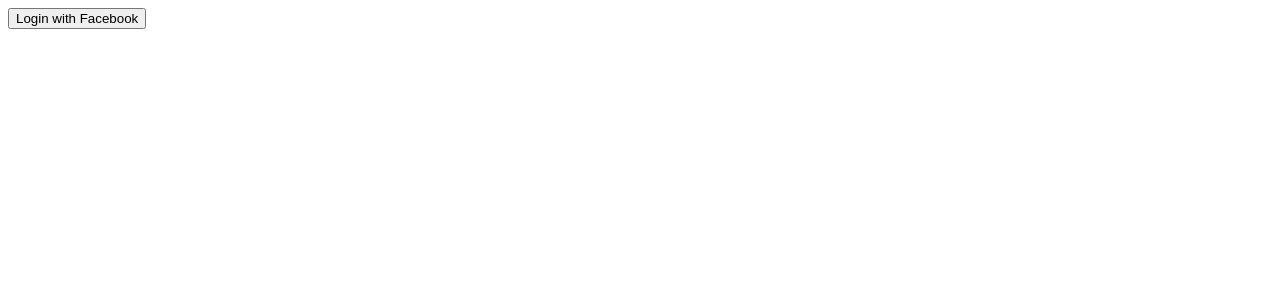
Repository: agustinbaretto/rainbow
Page: templates/home.html
The author's editor kept a record of every edit. The page is drawn from the files as they stood at one moment, then again after the next edit.
The browser window is 1280 px wide. The pictures show the whole page.

Above is the page before.

After the next edit:
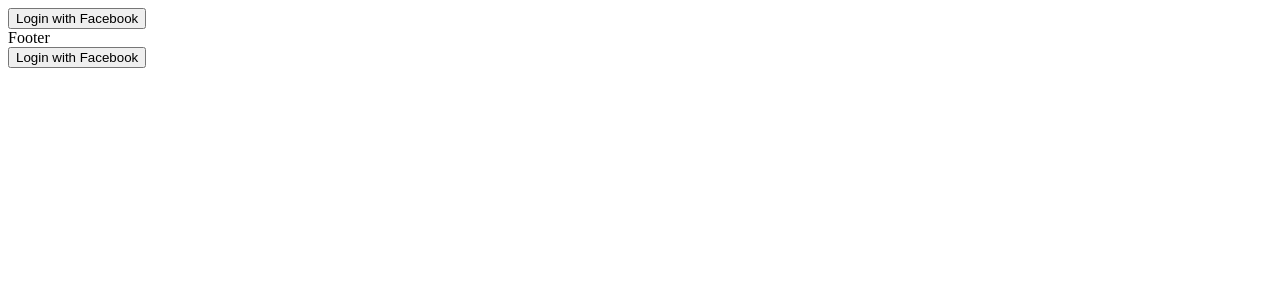
The edit:
--- a/templates/home.html
+++ b/templates/home.html
@@ -5,5 +5,11 @@
         Login with Facebook
       </button>
     </label>
+    <div class="bar bar-footer bar-balanced">
+  <div class="title">Footer</div>
+    <button class="button button-block button-positive" ng-click="firstLogin()">
+      Login with Facebook
+    </button>
+  </div>
   </ion-content>
 </ion-view>

After the edit that followed:
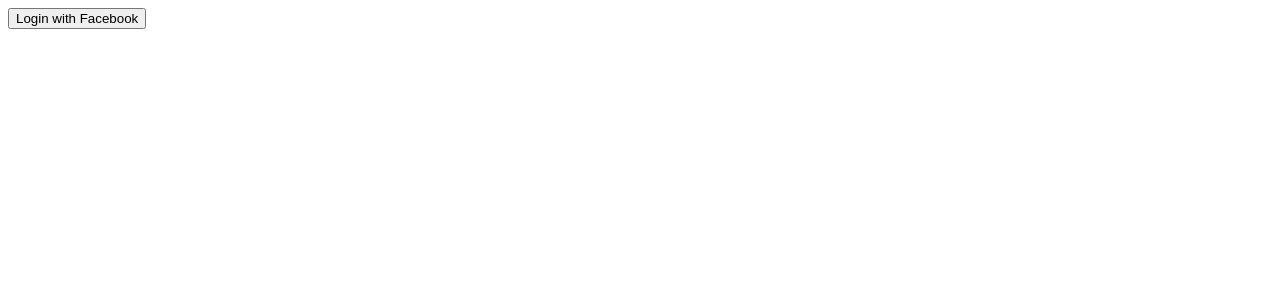
The edit:
--- a/templates/home.html
+++ b/templates/home.html
@@ -1,15 +1,10 @@
 <ion-view title="Login">
   <ion-content id="signup">
-    <label class="item">
-      <button class="button button-block button-positive" ng-click="firstLogin()">
-        Login with Facebook
-      </button>
-    </label>
-    <div class="bar bar-footer bar-balanced">
-  <div class="title">Footer</div>
+
+  </ion-content>
+<div class="bar bar-footer bar-balanced">
     <button class="button button-block button-positive" ng-click="firstLogin()">
       Login with Facebook
     </button>
   </div>
-  </ion-content>
-</ion-view>
+  </ion-view>
